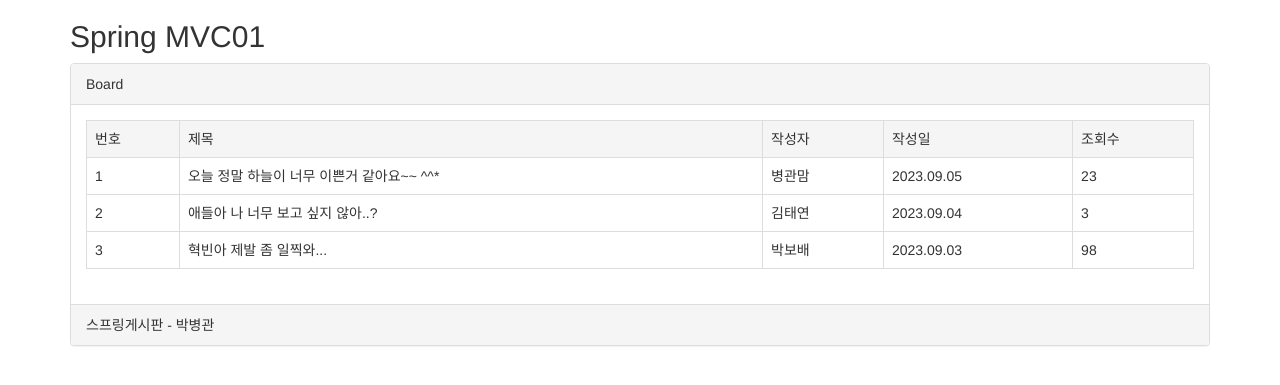
Repository: juhyun98/Spring
Page: http://localhost/SpringMVC01/
An editor plug-in stored every save of this project. The page is shown before and after the next save, followed by the edit.
The browser window is 1280 px wide. The pictures show the whole page.
The page is served by Tomcat 9. Other server files are loaded and not shown.

Above is the page before, as saved 2023-09-05 02:14:34.

### SpringMVC01/src/main/webapp/WEB-INF/views/boardList.jsp
<%@ page language="java" contentType="text/html; charset=UTF-8"
	pageEncoding="UTF-8"%>
<%@ taglib prefix="c" uri="http://java.sun.com/jsp/jstl/core" %>
<!DOCTYPE html>
<html>
<head>
<meta charset="UTF-8">
<link rel="stylesheet" href="https://maxcdn.bootstrapcdn.com/bootstrap/3.4.1/css/bootstrap.min.css">
<script src="https://ajax.googleapis.com/ajax/libs/jquery/3.6.4/jquery.min.js"></script>
<script src="https://maxcdn.bootstrapcdn.com/bootstrap/3.4.1/js/bootstrap.min.js"></script>
<title>Insert title here</title>
</head>
<body>

	<div class="container">
		<h2>Spring MVC01</h2>
		<div class="panel panel-default">
			<div class="panel-heading">Board</div>
			<div class="panel-body">
				<table class="table table-bordered table-hover">
					<tr class="active">
						<td>번호</td>
						<td>제목</td>
						<td>작성자</td>
						<td>작성일</td>
						<td>조회수</td>
					</tr>

					<tr>
						<td>1</td>
						<td>오늘 정말 하늘이 너무 이쁜거 같아요~~ ^^*</td>
						<td>병관맘</td>
						<td>2023.09.05</td>
						<td>23</td>
					</tr>

					<tr>
						<td>2</td>
						<td>애들아 나 너무 보고 싶지 않아..?</td>
						<td>김태연</td>
						<td>2023.09.04</td>
						<td>3</td>
					</tr>

					<tr>
						<td>3</td>
						<td>혁빈아 제발 좀 일찍와...</td>
						<td>박보배</td>
						<td>2023.09.03</td>
						<td>98</td>
					</tr>

				</table>
			</div>
			<div class="panel-footer">스프링게시판 - 박병관</div>
		</div>
	</div>

</body>
</html>

After the next save:
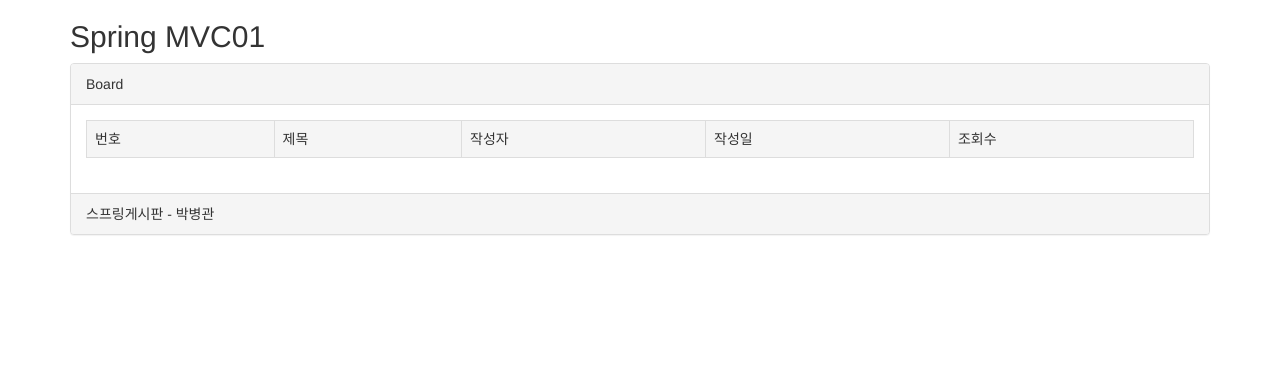
Saved 64 s later.
--- a/SpringMVC01/src/main/webapp/WEB-INF/views/boardList.jsp
+++ b/SpringMVC01/src/main/webapp/WEB-INF/views/boardList.jsp
@@ -26,29 +26,6 @@
 						<td>조회수</td>
 					</tr>
 
-					<tr>
-						<td>1</td>
-						<td>오늘 정말 하늘이 너무 이쁜거 같아요~~ ^^*</td>
-						<td>병관맘</td>
-						<td>2023.09.05</td>
-						<td>23</td>
-					</tr>
-
-					<tr>
-						<td>2</td>
-						<td>애들아 나 너무 보고 싶지 않아..?</td>
-						<td>김태연</td>
-						<td>2023.09.04</td>
-						<td>3</td>
-					</tr>
-
-					<tr>
-						<td>3</td>
-						<td>혁빈아 제발 좀 일찍와...</td>
-						<td>박보배</td>
-						<td>2023.09.03</td>
-						<td>98</td>
-					</tr>
 
 				</table>
 			</div>
